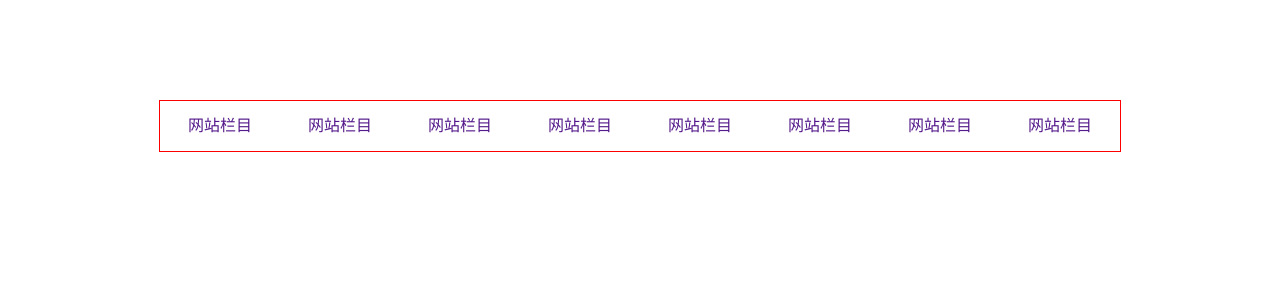
Repository: KaibutsuSama/CodePracticeExample
Page: Html5+Css3/Css3/03.样式表和选择器/01.超链接.html
The author's editor kept a copy of each file at every save. The page is drawn from the files as they stood at one save, then again after a run of saves.
The browser window is 1280 px wide. The pictures show the whole page.

Above is the page before, as saved 2023-01-29 22:23:31.

After the next 2 saves:
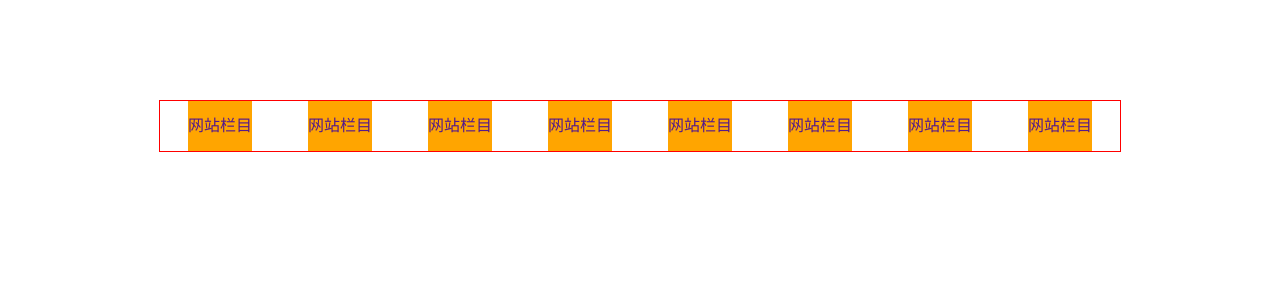
The 2 saves are shown as one change because they came seconds apart.
The last was saved 7 s later.
--- a/Html5+Css3/Css3/03.样式表和选择器/style.css
+++ b/Html5+Css3/Css3/03.样式表和选择器/style.css
@@ -25,4 +25,6 @@
 
 .nav ul li a{
     display: inline-block;
+    background-color: orange;
+
 }
